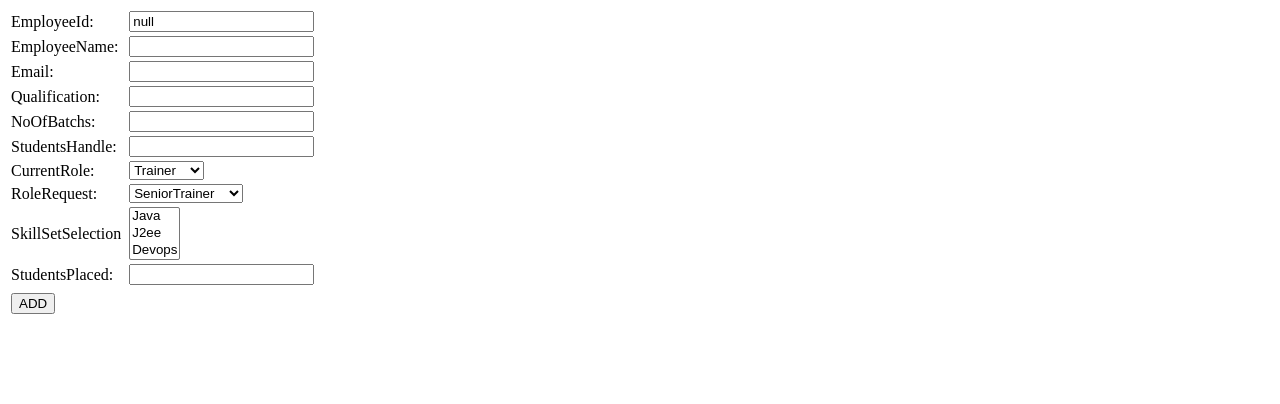
Repository: Karthi-Mano/AdvanceJavaPrograms
Page: http://localhost/CEBProject/skillsetrequest.jsp
These files come from the project's save history. The page is drawn as it stood at one moment and after the next save; the edit follows.
The browser window is 1280 px wide. The pictures show the whole page.
The page is served by Tomcat 9.

Above is the page before, as saved 2018-05-10 22:15:26.

After the next save:
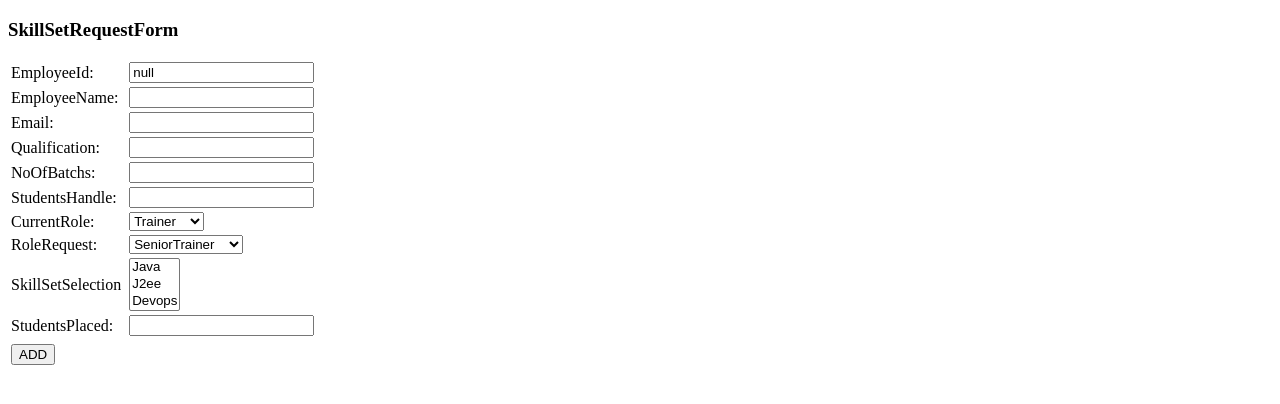
Saved 2 h 46 min later.
--- a/CEBProject/WebContent/skillsetrequest.jsp
+++ b/CEBProject/WebContent/skillsetrequest.jsp
@@ -8,7 +8,7 @@
 <title>Insert title here</title>
 </head>
 <body>
-
+<h3>SkillSetRequestForm</h3>
 <%
 HttpSession sess=request.getSession(true);
 String s=(String)sess.getAttribute("EmpId");
